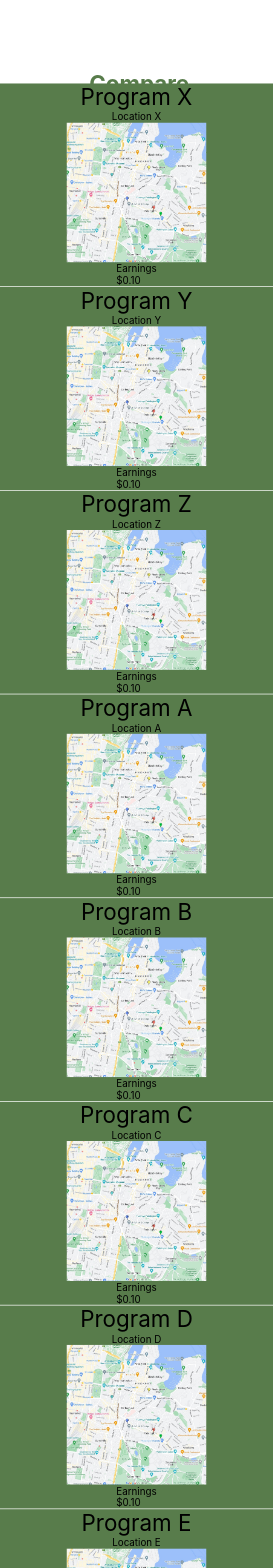
Repository: ct-pham/COMP4511
Screen: / (app in comp4511/)
The author's editor kept a copy of each file at every save. The screen is drawn from the files as they stood at one save, then again after the next save.
The pictures show rows 0 to 2240 of an output 2758 px tall, at 70% of full size.
The app was drawn by React Native's web renderer in a window 390 px wide. The project was rebuilt for these pictures with package versions that can differ from the ones it lists, and the page was loaded fresh each time. Also part of the build but not shown: comp4511/Components/Homepage.js, comp4511/Components/AllEarnings.js, comp4511/Components/ProgramEarnings.js, comp4511/Components/Register.js, comp4511/Components/Login.js.

Above is the screen before, as saved 2022-11-09 19:22:18.

### comp4511/App.js
import React, {useState} from 'react';
import { StatusBar } from 'expo-status-bar';
import { StyleSheet, Text, View } from 'react-native';
import { NavigationContainer } from '@react-navigation/native';
import { createNativeStackNavigator } from '@react-navigation/native-stack';
import Homepage from './Components/Homepage';
import AllEarnings from './Components/AllEarnings';
import ProgramEarnings from './Components/ProgramEarnings';
import Register from './Components/Register';
import Login from './Components/Login';
import Compare from './Components/compareProgram/Compare';

const Stack = createNativeStackNavigator();


export default function App() {
  return (
    // <NavigationContainer>
    //   <Stack.Navigator>
    //     <Stack.Screen name="Register" component={Register} />
    //     <Stack.Screen name="Login" component={Login} />
    //     <Stack.Screen name="Home" component={Homepage}/>
    //     <Stack.Screen name="AllEarnings" component={AllEarnings}/>
    //     <Stack.Screen name="ProgramEarnings" component={ProgramEarnings}/>
    //   </Stack.Navigator>
    // </NavigationContainer>
    <Compare/>
  );
}

### comp4511/Components/compareProgram/Compare.js
import {
    StyleSheet,
    Text,
    SafeAreaView,
    statusBar,
    FlatList,
    View,
} from 'react-native';
import Items from './Items';

import ProgramDetails from './ProgramDetails';

export default function Compare() {
    return (
        <SafeAreaView style={styles.container}>
            <View style = {styles.titleContainer}>
                <Text style = {styles.title}> Compare</Text>
            </View>
            <FlatList
                data = {ProgramDetails}
                renderItem={({ item }) => <Items item = {item} />}
                showsVerticalScrollIndicator

            />
        </SafeAreaView>
    );
}

const styles = StyleSheet.create({
    titleContainer: {
        marginTop: 50,
        height: '2.5%',

    },
    title: {
        fontSize: 32,
        marginTop: 50,
        color: '#587C4B',
        fontWeight: 'bold',
        textAlign: 'center',
    }
});

### comp4511/Components/compareProgram/Items.js
import {
    View,
    Text,
    StyleSheet,
    Image,
    useWindowDimensions,
    TouchableOpacity,
    StatusBar,
} from 'react-native';
import { useState } from 'react';


export default function Items ({item}) {

    const { width } = useWindowDimensions();
    return (
        <View style={ styles.container}>

            <View style = {[styles.programContainer, {width}]}>
                <Text style = {styles.title}>{item.title}</Text>
                <Text style = {styles.location}>{item.location}</Text>

                <Image
                    source = {item.image}
                    style = {styles.image}
                />
                <View>
                    <Text style = {styles.Earnings}>{item.Earning}</Text>
                    <Text style = {styles.Total}>{item.Total}</Text>

                </View>
            </View>

        </View>
    )
}

const styles = StyleSheet.create({
    container: {
        flex: 1,
        marginTop: StatusBar.currentHeight || 0,


      },
    item: {
        padding: 20,
        marginVertical: 8,
        marginHorizontal: 16,
      },
    title: {
        fontSize: 32,
      },
    programContainer: {
        backgroundColor: '#587C4B',
        alignItems: 'center',
        marginBottom: 1,
    },
    image: {
        width: 200,
        height: 200,
    }

});

### comp4511/Components/compareProgram/ProgramDetails.js
export default [
    {
        id: '1',
        title: 'Program X',
        location: 'Location X',
        Earning: 'Earnings',
        Total: '$0.10',
        image: require('./map.jpg'),

    },
    {
        id: '2',
        title: 'Program Y',
        location: 'Location Y',
        Earning: 'Earnings',
        Total: '$0.10',
        image: require('./map.jpg'),

    },
    {
        id: '3',
        title: 'Program Z',
        location: 'Location Z',
        Earning: 'Earnings',
        Total: '$0.10',
        image: require('./map.jpg'),

    },
    {
        id: '4',
        title: 'Program A',
        location: 'Location A',
        Earning: 'Earnings',
        Total: '$0.10',
        image: require('./map.jpg'),

    },
    {
        id: '5',
        title: 'Program B',
        location: 'Location B',
        Earning: 'Earnings',
        Total: '$0.10',

        image: require('./map.jpg'),
    },
    {
        id: '6',
        title: 'Program C',
        location: 'Location C',
        Earning: 'Earnings',
        Total: '$0.10',
        image: require('./map.jpg'),
    },
    {
        id: '7',
        title: 'Program D',
        location: 'Location D',
        Earning: 'Earnings',
        Total: '$0.10',
        image: require('./map.jpg'),
    },
    {
        id: '8',
        title: 'Program E',
        location: 'Location E',
        Earning: 'Earnings',
        Total: '$0.10',
        image: require('./map.jpg'),
    },
    {
        id: '9',
        title: 'Program F',
        location: 'Location F',
        Earning: 'Earnings',
        Total: '$0.10',
        image: require('./map.jpg'),
    },


]

After the next save:
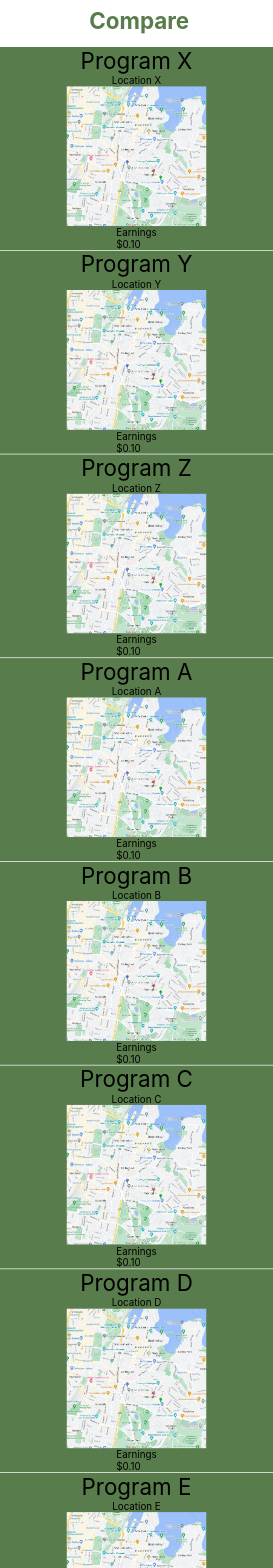
Saved 10 s later.
--- a/comp4511/Components/compareProgram/Compare.js
+++ b/comp4511/Components/compareProgram/Compare.js
@@ -28,7 +28,7 @@ export default function Compare() {
 
 const styles = StyleSheet.create({
     titleContainer: {
-        marginTop: 50,
+
         height: '2.5%',
 
     },
@@ -38,5 +38,6 @@ const styles = StyleSheet.create({
         color: '#587C4B',
         fontWeight: 'bold',
         textAlign: 'center',
+        marginTop: 10,
     }
 });
